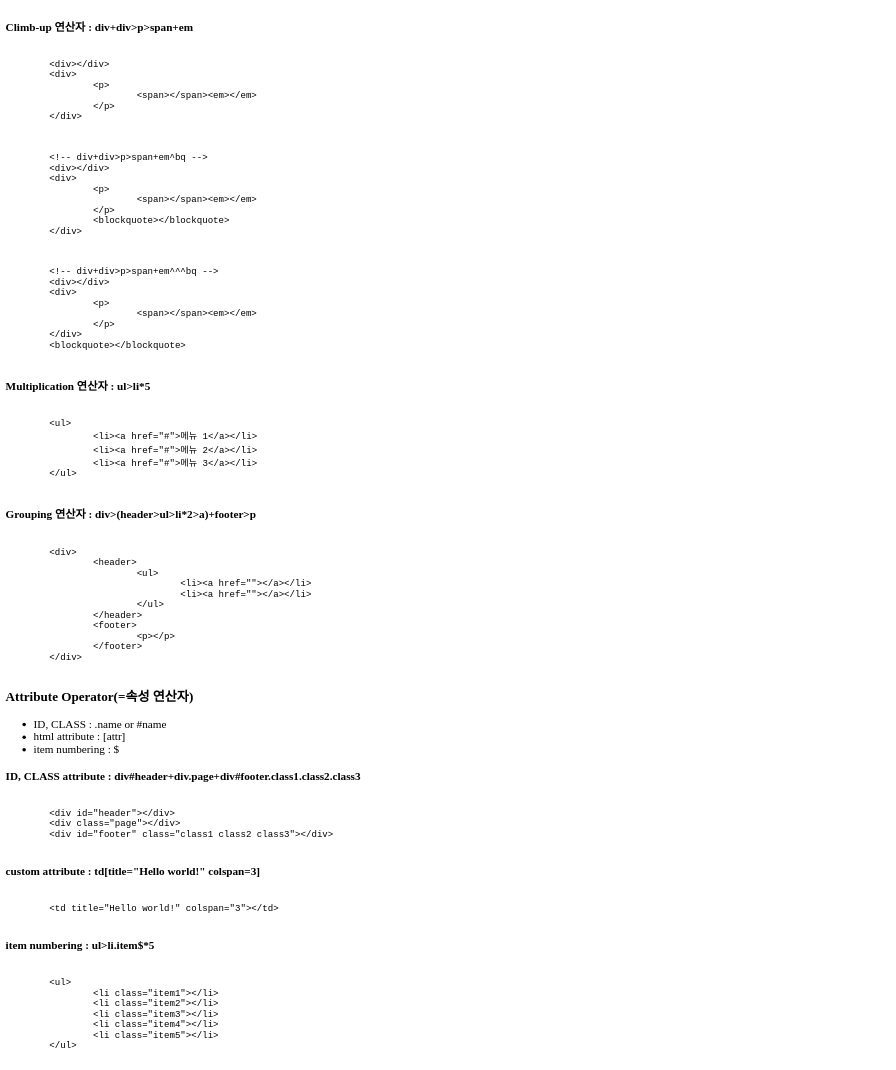
Repository: kvmhyvmvn/Study_WebUI
Page: WorkSpace/CloneCoding1/src/main/webapp/index.html
An editor plug-in stored every save of this project. The page is shown before and after the next save, followed by the edit.
The browser window is 1280 px wide. The pictures show the part of the page from y = 752 to 2672 px (the page is 2281 px tall before and 2672 px after), at 70% of full size.

Above is the page before, as saved 2023-05-30 07:39:47.

### WorkSpace/CloneCoding1/src/main/webapp/index.html
<!DOCTYPE html>
<html>
<head>
<meta charset="UTF-8">
<title>수코딩 클론</title>
<meta name="viewport" content="width=device-width, initial-scale=1.0">
</head>
<body>
	<!-- Emmet Syntax 실습 - https://docs.emmet.io/abbreviations/syntax/ -->
	<h1>Emmet이란?</h1>
	<p>코드를 고속으로 편집하거나 코딩하는데 필요한 플러그인으로 css와 문법이 유사합니다.</p>

	<h2>Emmet 사용법</h2>
	<h3>Element(=요소)</h3>
	<p>Emmet에서 HTML 마크업 요소를 작성할때는, 요소명을 적고 Tab(=확장)을 누르면 자동으로 HTML 요소로 만들어줍니다.</p>

	<h3>Nesting Operator(=중첩 연산자)</h3>
	<ul>
		<li>Child : > (자식, 자손요소 ==> 포함관계로 작성)</li>
		<li>Sibling : + (형제 ==> 중첩된 요소와 나란히 작성)</li>
		<li>Climb-Up : ^ (캐럿 ==> 중첩을 벗어나는 것)</li>
		<li>Multiplication : * (복제 ==> 여러 요소를 작성)</li>
		<li>Grouping : () (그룹은 그룹화)</li>
	</ul>

	<h4>Child 연산자 : div>ul>li</h4>
	<xmp>
	<div>
		<ul>
			<li>Child</li>
		</ul>
	</div>
	</xmp>

	<h4>Sibling 연산자 : div+p+bq</h4>
	<xmp>
	<div></div>
	<p></p>
	<blockquote></blockquote>
	</xmp>

	<h4>Climb-up 연산자 : div+div>p>span+em</h4>
	<xmp>
	<div></div>
	<div>
		<p>
			<span></span><em></em>
		</p>
	</div>
	</xmp>

	<xmp>
	<!-- div+div>p>span+em^bq -->
	<div></div>
	<div>
		<p>
			<span></span><em></em>
		</p>
		<blockquote></blockquote>
	</div>
	</xmp>

	<xmp>
	<!-- div+div>p>span+em^^^bq -->
	<div></div>
	<div>
		<p>
			<span></span><em></em>
		</p>
	</div>
	<blockquote></blockquote>
	</xmp>

	<h4>Multiplication 연산자 : ul>li*5</h4>
	<xmp>
	<ul>
		<li><a href="#">메뉴 1</a></li>
		<li><a href="#">메뉴 2</a></li>
		<li><a href="#">메뉴 3</a></li>
	</ul>
	</xmp>

	<h4>Grouping 연산자 : div>(header>ul>li*2>a)+footer>p</h4>
	<xmp>
	<div>
		<header>
			<ul>
				<li><a href=""></a></li>
				<li><a href=""></a></li>
			</ul>
		</header>
		<footer>
			<p></p>
		</footer>
	</div>
	</xmp>

	<h3>Attribute Operator(=속성 연산자)</h3>
	<ul>
		<li>ID, CLASS : .name or #name</li>
		<li>html attribute : [attr]</li>
		<li>item numbering : $</li>
	</ul>

	<h4>ID, CLASS attribute : div#header+div.page+div#footer.class1.class2.class3</h4>
	<xmp>
	<div id="header"></div>
	<div class="page"></div>
	<div id="footer" class="class1 class2 class3"></div>
	</xmp>

	<h4>custom attribute : td[title="Hello world!" colspan=3]</h4>
	<xmp>
	<td title="Hello world!" colspan="3"></td>
	</xmp>

	<h4>item numbering : ul>li.item$*5</h4>
	<xmp>
	<ul>
		<li class="item1"></li>
		<li class="item2"></li>
		<li class="item3"></li>
		<li class="item4"></li>
		<li class="item5"></li>
	</ul>
	</xmp>




</body>
</html>

After the next save:
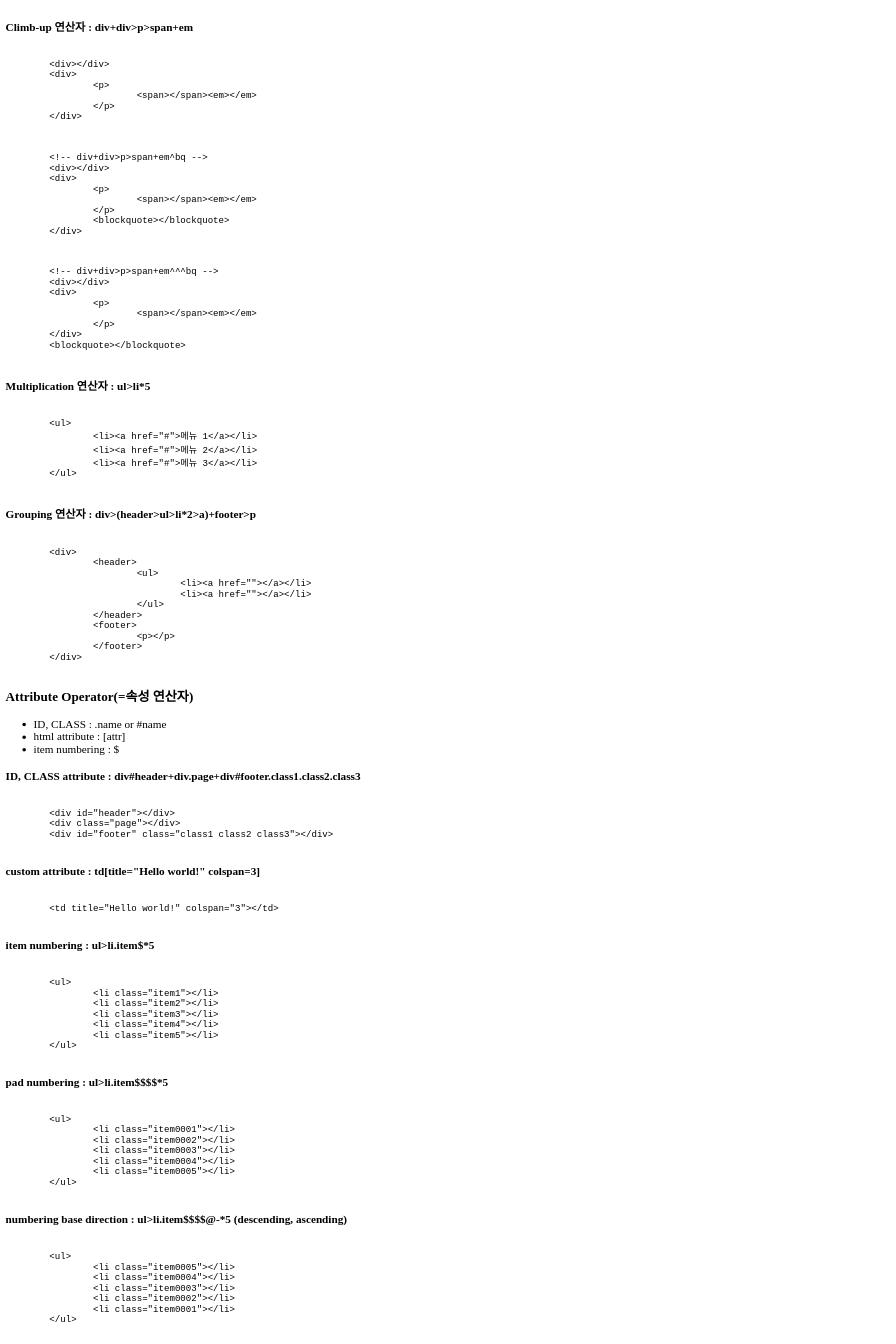
Saved 3 min 17 s later.
--- a/WorkSpace/CloneCoding1/src/main/webapp/index.html
+++ b/WorkSpace/CloneCoding1/src/main/webapp/index.html
@@ -125,8 +125,26 @@
 	</ul>
 	</xmp>
 
+	<h4>pad numbering : ul>li.item$$$$*5</h4>
+	<xmp>
+	<ul>
+		<li class="item0001"></li>
+		<li class="item0002"></li>
+		<li class="item0003"></li>
+		<li class="item0004"></li>
+		<li class="item0005"></li>
+	</ul>
+	</xmp>
 
-
-
+	<h4>numbering base direction : ul>li.item$$$$@-*5 (descending, ascending)</h4>
+	<xmp>
+	<ul>
+		<li class="item0005"></li>
+		<li class="item0004"></li>
+		<li class="item0003"></li>
+		<li class="item0002"></li>
+		<li class="item0001"></li>
+	</ul>
+	</xmp>
 </body>
 </html>
